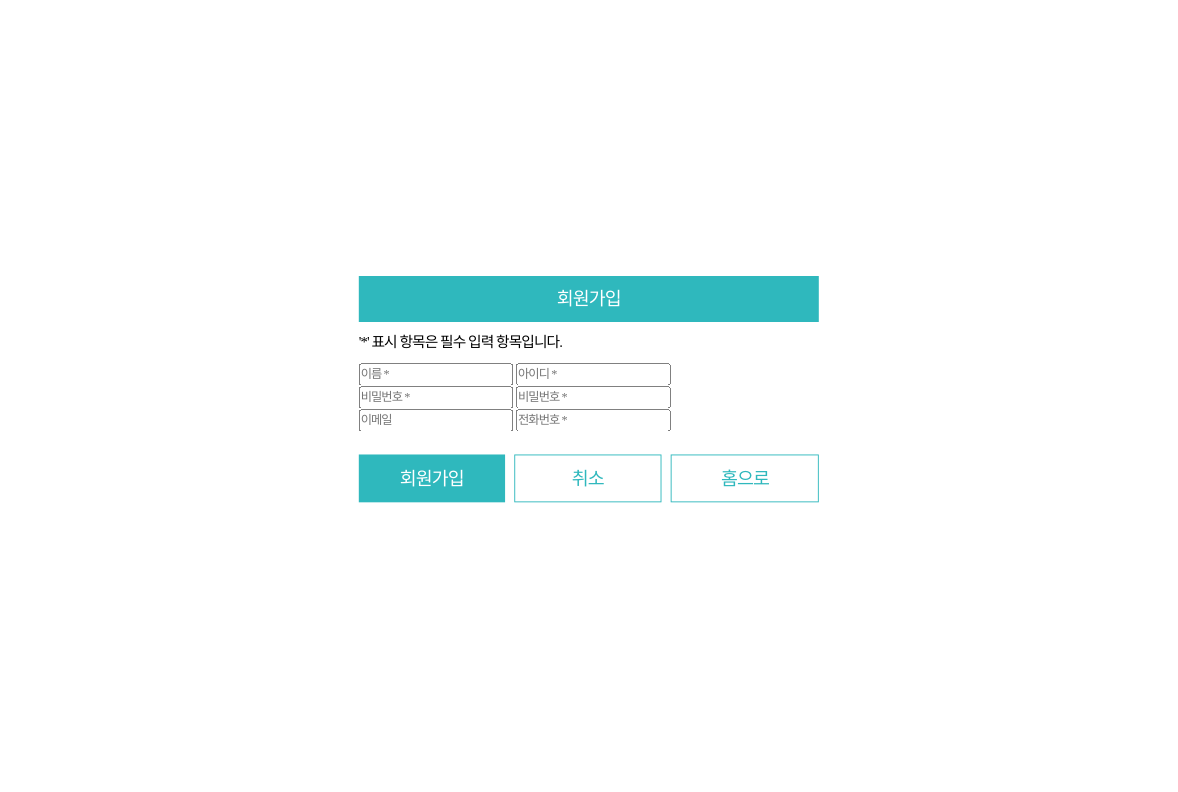
Repository: InhoKang92/jsp_1018
Page: http://localhost/Web_01/join.jsp
An editor plug-in stored every save of this project. The page is shown before and after the next save, followed by the edit.
The browser window is 1280 px wide. The pictures show the whole page, at 92% of full size.
Some web fonts or font styles are not loaded; a fallback is used. The page is served by Tomcat 9. Other server files are loaded and not shown.

Above is the page before, as saved 2024-10-16 02:08:08.

### Web_01/src/main/webapp/join.jsp
<%@ page language="java" contentType="text/html; charset=UTF-8"
pageEncoding="UTF-8"%>
<!DOCTYPE html>
<html>
<head>
<meta charset="UTF-8">

<link rel="stylesheet" href="css/reset.css">
<link rel="stylesheet" href="css/join.css">

<title>모던하우스 회원가입</title>
</head>
<body>


      <form method="post" name="frm">

        <div class="join_box">
            <div class="title_box">회원가입</div>
            <p class="mand">'*' 표시 항목은 필수 입력 항목입니다.</p>
            <div class="input_box">
            	<input class="name_input" type="text" placeholder="이름 *" name="username">
                <input class="id_input" type="text" placeholder="아이디 *" name="userid">
                <input class="pw_input" type="password" placeholder="비밀번호 *" name="pwd">
                <input class="pw_check_input" type="password" placeholder="비밀번호 *" name="pwd_check">
                <input class="email_input" type="text" placeholder="이메일" name="email">
            	<input class="phone_input" type="text" placeholder="전화번호 *" name="phone">
            </div>
            <div class="button_box">
            	<input type="submit" class="join_btn" value="회원가입" onclick="return ">
            	<input type="reset" class="reset_btn" value="취소">
            	<input type="button" class="home_btn" value="홈으로" onclick="location.href='ModernServlet?command=mdh_index'">
            </div>


        </div>
      </form>

</body>
</html>

### Web_01/src/main/webapp/css/reset.css
@charset "utf-8";

@font-face {
    font-family: 'Pretendard-Regular';
    src: url('https://fastly.jsdelivr.net/gh/Project-Noonnu/noonfonts_2107@1.1/Pretendard-Regular.woff') format('woff');
    font-weight: 400;
    font-style: normal;
}

/* CSS 리셋 */
* {
    margin: 0;
    padding: 0;
    color: #000;
    list-style: none;
    text-decoration: none;
    box-sizing: border-box;
    line-height: 1.5;
    letter-spacing: -1px;
    font-family: 'Pretendard-Regular';
}

### Web_01/src/main/webapp/css/join.css
@charset "utf-8";

.join_box {
    width: 500px;
    margin: 300px auto;
}
.title_box {
    width: 100%;
    background-color: #2fb8bd;
    border: none;
    color: #fff;
    font-size: 20px;
    padding: 10px;
    text-align: center;
}
.mand {
	margin: 10px 0;
}

.input_box {
    width: 500px;
}

.button_box {
    display: flex;
    gap: 10px;
    width: 500px;

}
.join_btn {
	flex: 1;
	text-align: center;
	background-color: #2fb8bd;
    border: none;
    color: #fff;
    font-size: 20px;
    padding: 10px;
    margin-top: 25px;
    margin-bottom: 15px;
    cursor: pointer;
}

.reset_btn {
	flex: 1;
	text-align: center;
	background-color: #fff;
    border: 1px solid #2fb8bd;
    color: #2fb8bd;
    font-size: 20px;
    padding: 10px;
    margin-top: 25px;
    margin-bottom: 15px;
    cursor: pointer;
}

.home_btn {
	flex: 1;
	text-align: center;
	background-color: #fff;
    border: 1px solid #2fb8bd;
    color: #2fb8bd;
    font-size: 20px;
    padding: 10px;
    margin-top: 25px;
    margin-bottom: 15px;
    cursor: pointer;
}

After the next save:
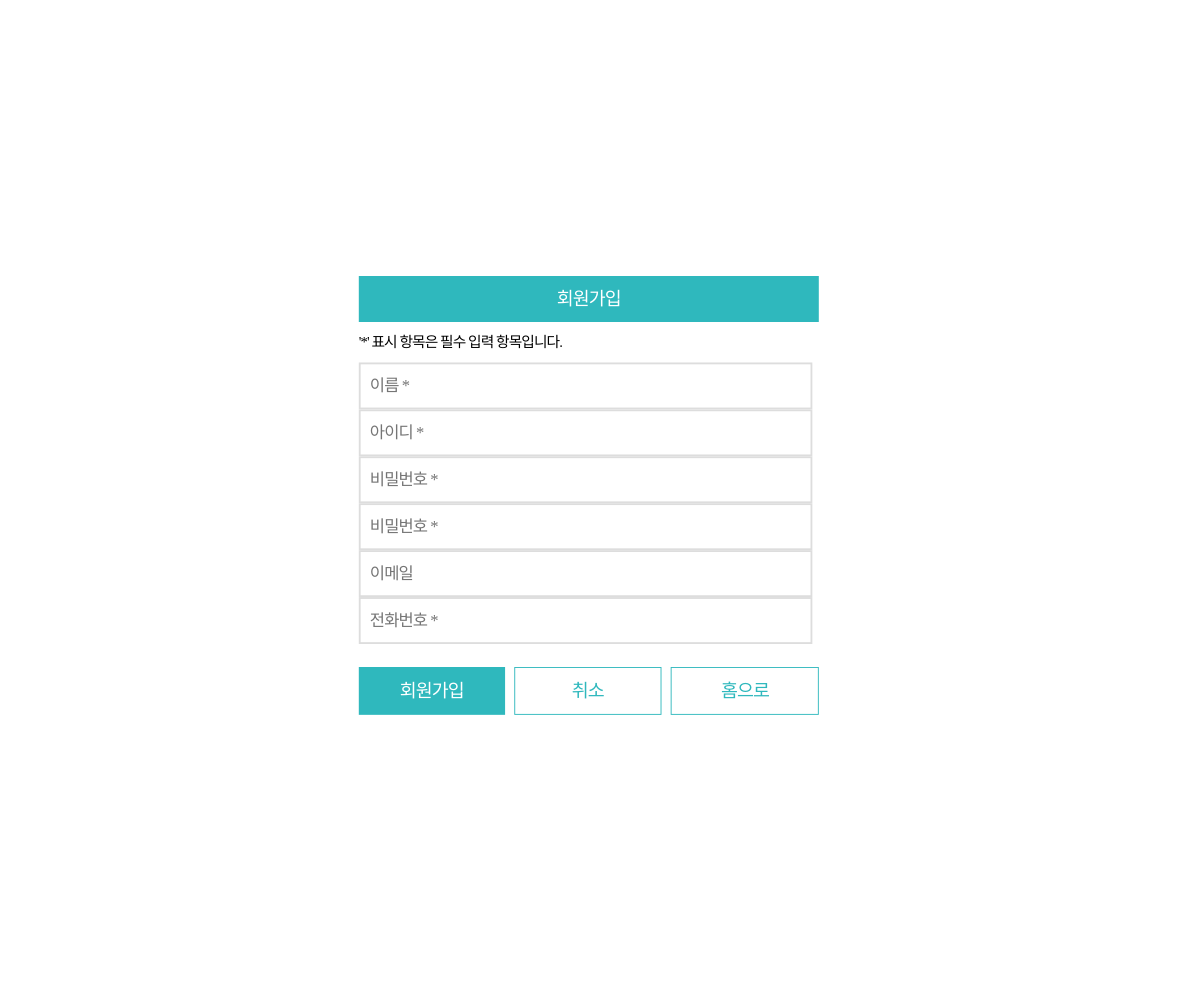
Saved 51 s later.
--- a/Web_01/src/main/webapp/css/join.css
+++ b/Web_01/src/main/webapp/css/join.css
@@ -19,6 +19,14 @@
 
 .input_box {
     width: 500px;
+}
+
+.input_box>input {
+    display: inline-block;
+    width: 493px;
+    border: 2px solid #ddd;
+    padding: 10px;
+    font-size: 18px;
 }
 
 .button_box {
